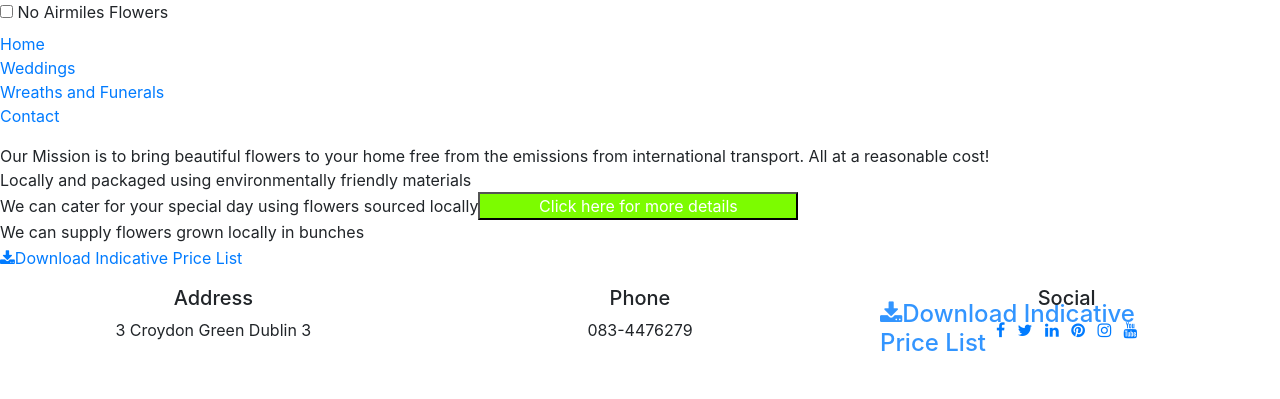
Repository: ConorTC1990/Flowers
Page: weddings.html
The author's editor kept a record of every edit. The page is drawn from the files as they stood at one moment, then again after the next edit.
The browser window is 1280 px wide. The pictures show the whole page.
Some web libraries are served in a nearby version.

Above is the page before.

After the next edit:
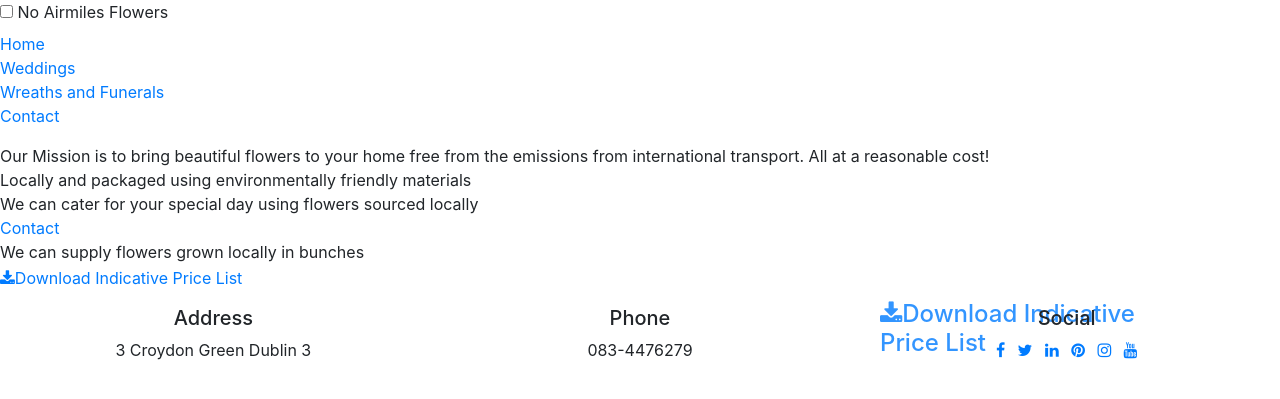
The edit:
--- a/weddings.html
+++ b/weddings.html
@@ -44,7 +44,8 @@
 		        <ul>
 		            <li> Our Mission is to bring beautiful flowers to your home free from the emissions from international transport. All at a reasonable cost!</li>
 		            <li> Locally and packaged using environmentally friendly materials</li>
-		            <li>We can cater for your special day using flowers sourced locally<span class"buttonsticky"><button class= "button">Click here for more details</button></span></li>
+		            <li>We can cater for your special day using flowers sourced locally</li>
+		            <li><a href="contactform.html">Contact</a></li>
 		            <li>We can supply flowers grown locally in bunches</li>
 		            <li><a href="assets/Indicative_Price_List.pdf" target="_blank" class="hvr-sweep-to-bottom"><i class="fa fa-download" aria-hidden="true"></i><span>Download Indicative Price List</span></a></li>
 		        </ul>
